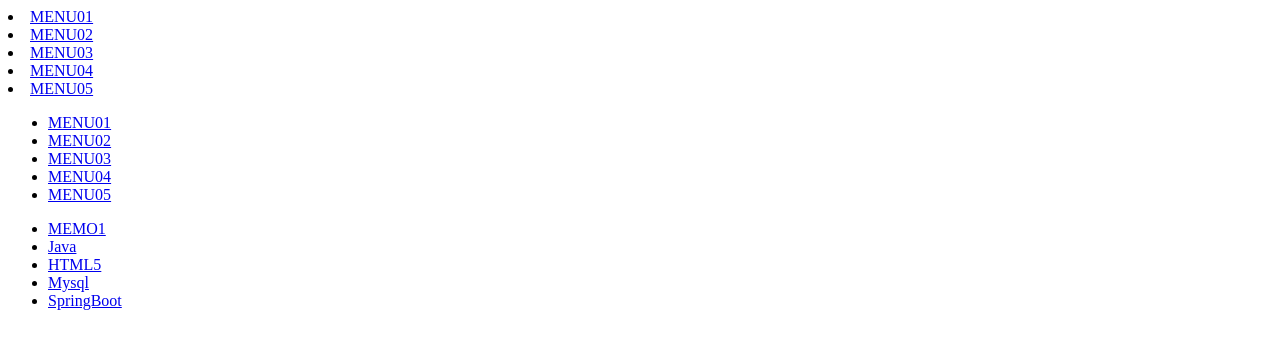
Repository: kimyoda/HomePratice
Page: Javawork/javascript/src/main/webapp/pratice/ex4_menu.html
An editor plug-in stored every save of this project. The page is shown before and after the next save, followed by the edit.
The browser window is 1280 px wide. The pictures show the whole page.
Some web fonts or font styles are not loaded; a fallback is used.

Above is the page before, as saved 2023-09-27 15:23:26.

### Javawork/javascript/src/main/webapp/pratice/ex4_menu.html
<!DOCTYPE html>
<html>

<head>
	<meta charset="UTF-8">
	<title>Insert title here</title>
	<link
		href="https://fonts.googleapis.com/css2?family=Gamja+Flower&family=Jua&family=Lobster&family=Nanum+Pen+Script&family=Permanent+Marker&family=Single+Day&display=swap"
		rel="stylesheet">
	<style>
		body * {
			font-family: 'Jua';
		}
	</style>
	<script>
		window.onload = function () {

		}
	</script>
</head>

<body>
	<u1 class="menu1">
    <li><a href="#">MENU01</a></li>
    <li><a href="#">MENU02</a></li>
    <li><a href="#">MENU03</a></li>
    <li><a href="#">MENU04</a></li>
    <li><a href="#">MENU05</a></li>
	</u1>
	<div class="menu2"></div>
	<ul class="menu2">
    <li><a href="#">MENU01</a></li>
    <li><a href="#">MENU02</a></li>
    <li><a href="#">MENU03</a></li>
    <li><a href="#">MENU04</a></li>
    <li><a href="#">MENU05</a></li>
	</ul>
	<div class="clear"></div>
	<nav id="main_menu">
		<ul>
        <li><a href="#">MEMO1</a></li>
        <li><a href="#">Java</a></li>
        <li><a href="#">HTML5</a></li>
        <li><a href="#">Mysql</a></li>
        <li><a href="#">SpringBoot</a></li>
		</ul>
	</nav>
</body>

</html>

After the next save:
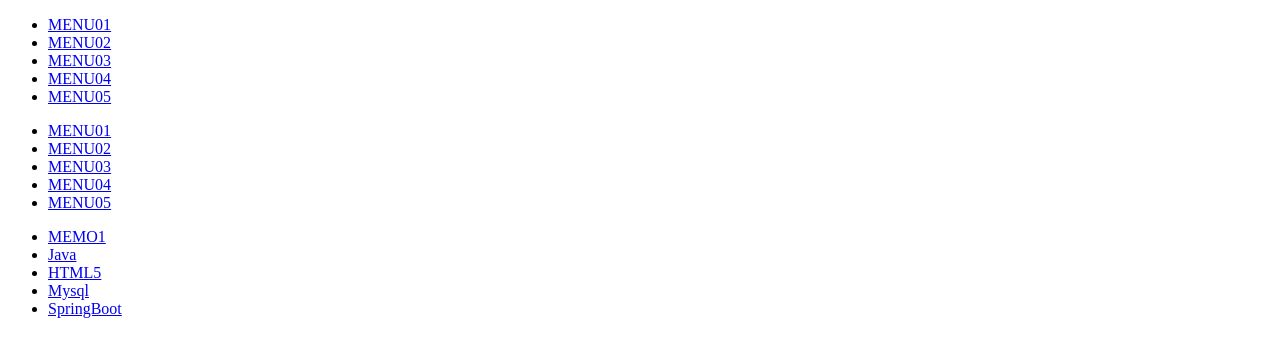
Saved 66 s later.
--- a/Javawork/javascript/src/main/webapp/pratice/ex4_menu.html
+++ b/Javawork/javascript/src/main/webapp/pratice/ex4_menu.html
@@ -20,13 +20,13 @@
 </head>
 
 <body>
-	<u1 class="menu1">
+	<ul class="menu1">
     <li><a href="#">MENU01</a></li>
     <li><a href="#">MENU02</a></li>
     <li><a href="#">MENU03</a></li>
     <li><a href="#">MENU04</a></li>
     <li><a href="#">MENU05</a></li>
-	</u1>
+	</ul>
 	<div class="menu2"></div>
 	<ul class="menu2">
     <li><a href="#">MENU01</a></li>
